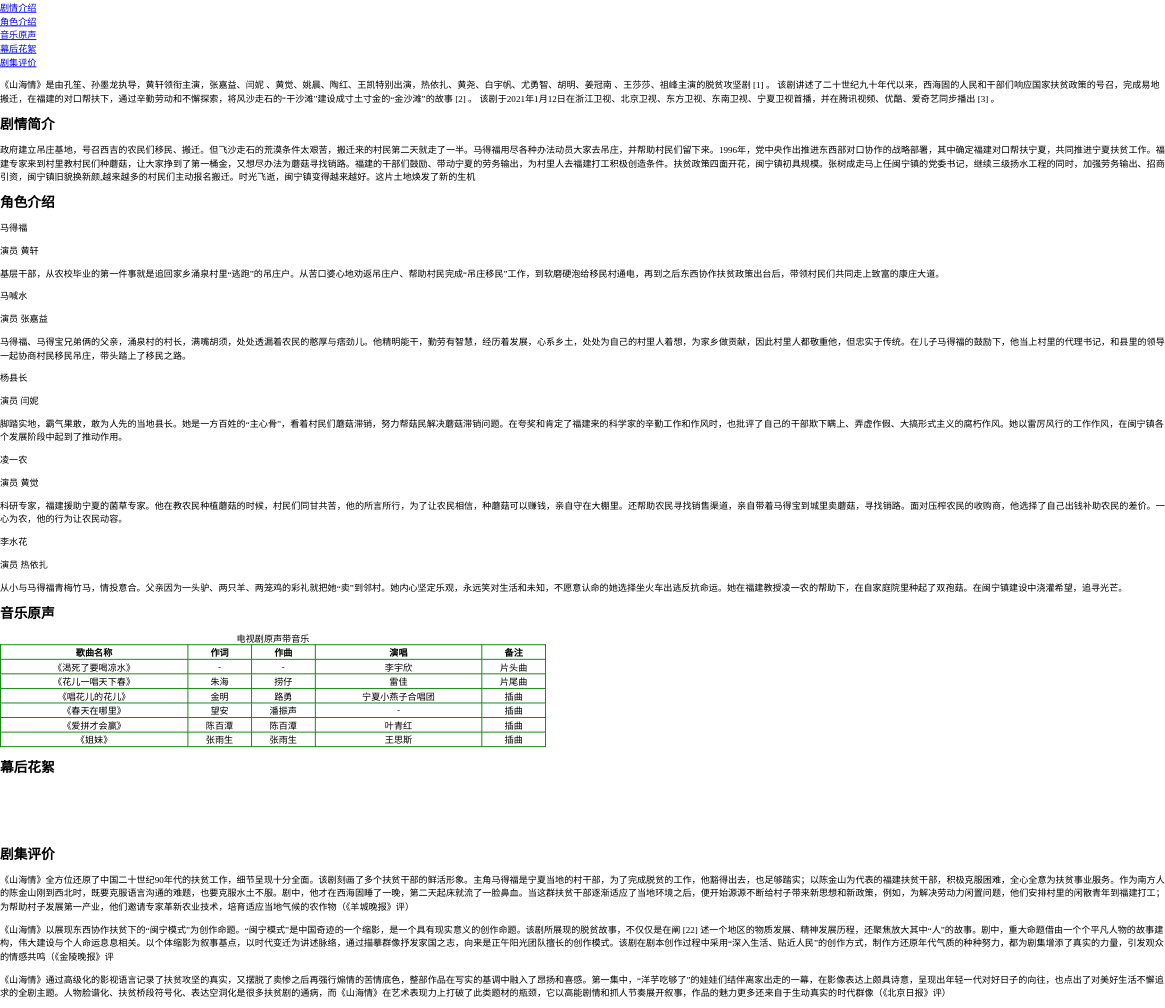
Repository: Lixianlai-2/static-website
Page: index.html
These files come from the project's save history. The page is drawn as it stood at one moment and after the next save; the edit follows.
The browser window is 1280 px wide. The pictures show the whole page, at 91% of full size.

Above is the page before, as saved 2021-11-30 20:41:50.

### index.html
<!DOCTYPE html>
<html lang="zh-CN">
  <head>
    <meta charset="UTF-8" />
    <meta http-equiv="X-UA-Compatible" content="IE=edge" />
    <meta
      name="viewport"
      content="width=device-width, initial-scale=1.0"
      content="ie=edge"
    />
    <title>山海情</title>

    <style>
      * {
        margin: 0;
        padding: 0;
        box-sizing: border-box;
      }

      body {
        font-size: 10px;
      }
      h2,
      div,
      p {
        margin: 10px 0;
      }

      img {
        max-width: 100%;
      }

      table {
        text-align: center;
        max-width: 100%;
        width: 600px;
        table-layout: auto;
        border-collapse: collapse;
        border-spacing: 0;
      }

      th,
      td {
        border: 1px solid green;
      }
    </style>
  </head>
  <body>
    <nav>
      <ol>
        <li><a href="#Plot">剧情介绍</a></li>
        <li><a href="#Role">角色介绍</a></li>
        <li><a href="#Music">音乐原声</a></li>
        <li><a href="#Tidbits">幕后花絮</a></li>
        <li><a href="#Evaluation">剧集评价</a></li>
      </ol>
    </nav>

    <p>
      《山海情》是由孔笙、孙墨龙执导，黄轩领衔主演，张嘉益、闫妮
      、黄觉、姚晨、陶红、王凯特别出演，热依扎、黄尧、白宇帆、尤勇智、胡明、姜冠南
      、王莎莎、祖峰主演的脱贫攻坚剧 [1] 。
      该剧讲述了二十世纪九十年代以来，西海固的人民和干部们响应国家扶贫政策的号召，完成易地搬迁，在福建的对口帮扶下，通过辛勤劳动和不懈探索，将风沙走石的“干沙滩”建设成寸土寸金的“金沙滩”的故事
      [2] 。
      该剧于2021年1月12日在浙江卫视、北京卫视、东方卫视、东南卫视、宁夏卫视首播，并在腾讯视频、优酷、爱奇艺同步播出
      [3] 。
    </p>

    <h2 id="Plot">剧情简介</h2>
    <p>
      政府建立吊庄基地，号召西吉的农民们移民、搬迁。但飞沙走石的荒漠条件太艰苦，搬迁来的村民第二天就走了一半。马得福用尽各种办法动员大家去吊庄，并帮助村民们留下来。1996年，党中央作出推进东西部对口协作的战略部署，其中确定福建对口帮扶宁夏，共同推进宁夏扶贫工作。福建专家来到村里教村民们种蘑菇，让大家挣到了第一桶金，又想尽办法为蘑菇寻找销路。福建的干部们鼓励、带动宁夏的劳务输出，为村里人去福建打工积极创造条件。扶贫政策四面开花，闽宁镇初具规模。张树成走马上任闽宁镇的党委书记，继续三级扬水工程的同时，加强劳务输出、招商引资，闽宁镇旧貌换新颜,越来越多的村民们主动报名搬迁。时光飞逝，闽宁镇变得越来越好。这片土地焕发了新的生机
    </p>

    <h2 id="Role">角色介绍</h2>

    <ul>
      <li>
        <dl>
          <dt>
            <!-- div.role-name>span.item-value+div.role-actor>span.item-key+span.item-value -->
            <div class="role-name">
              <span class="item-value">马得福</span>
              <div class="role-actor">
                <span class="item-key">演员</span>
                <span class="item-value">黄轩</span>
              </div>
            </div>
          </dt>
          <dl>
            <p>
              基层干部，从农校毕业的第一件事就是追回家乡涌泉村里“逃跑”的吊庄户。从苦口婆心地劝返吊庄户、帮助村民完成“吊庄移民”工作，到软磨硬泡给移民村通电，再到之后东西协作扶贫政策出台后，带领村民们共同走上致富的康庄大道。
            </p>
          </dl>
        </dl>
      </li>
      <li>
        <dl>
          <dt>
            <div class="role-name">
              <span class="item-value">马喊水</span>
              <div class="role-actor">
                <span class="item-key">演员</span
                ><span class="item-value"> 张嘉益</span>
                <dl>
                  <p>
                    马得福、马得宝兄弟俩的父亲，涌泉村的村长，满嘴胡须，处处透漏着农民的憨厚与痞劲儿。他精明能干，勤劳有智慧，经历着发展，心系乡土，处处为自己的村里人着想，为家乡做贡献，因此村里人都敬重他，但忠实于传统。在儿子马得福的鼓励下，他当上村里的代理书记，和县里的领导一起协商村民移民吊庄，带头踏上了移民之路。
                  </p>
                </dl>
              </div>
            </div>
          </dt>
        </dl>
      </li>
      <li>
        <dl>
          <dt>
            <div class="role-name">
              <span class="item-value">杨县长</span>
              <div class="role-actor">
                <span class="item-key">演员</span>
                <span class="item-value">闫妮</span>
                <dl>
                  <p>
                    脚踏实地，霸气果敢，敢为人先的当地县长。她是一方百姓的“主心骨”，看着村民们蘑菇滞销，努力帮菇民解决蘑菇滞销问题。在夸奖和肯定了福建来的科学家的辛勤工作和作风时，也批评了自己的干部欺下瞒上、弄虚作假、大搞形式主义的腐朽作风。她以雷厉风行的工作作风，在闽宁镇各个发展阶段中起到了推动作用。
                  </p>
                </dl>
              </div>
            </div>
          </dt>
        </dl>
      </li>
      <li>
        <dl>
          <dt>
            <div class="role-name">
              <span class="item-value">凌一农</span>
              <div class="role-actor">
                <span class="item-key">演员</span>
                <span class="item-value">黄觉</span>
                <dl>
                  <p>
                    科研专家，福建援助宁夏的菌草专家。他在教农民种植蘑菇的时候，村民们同甘共苦，他的所言所行，为了让农民相信，种蘑菇可以赚钱，亲自守在大棚里。还帮助农民寻找销售渠道，亲自带着马得宝到城里卖蘑菇，寻找销路。面对压榨农民的收购商，他选择了自己出钱补助农民的差价。一心为农，他的行为让农民动容。
                  </p>
                </dl>
              </div>
            </div>
          </dt>
        </dl>
      </li>
      <li>
        <dl>
          <dt>
            <div class="role-name">
              <span class="item-value">李水花</span>
              <div class="role-actor">
                <span class="item-key">演员</span>
                <span class="item-value">热依扎</span>
                <dl>
                  <p>
                    从小与马得福青梅竹马，情投意合。父亲因为一头驴、两只羊、两笼鸡的彩礼就把她“卖”到邻村。她内心坚定乐观，永远笑对生活和未知，不愿意认命的她选择坐火车出逃反抗命运。她在福建教授凌一农的帮助下，在自家庭院里种起了双孢菇。在闽宁镇建设中浇灌希望，追寻光芒。
                  </p>
                </dl>
              </div>
            </div>
          </dt>
        </dl>
      </li>
    </ul>

    <!-- ul>(li>dl>dt>div.role-name>span.item-value+div.role-actor>span.item-key+span.item-value+dl)*5 -->
    <!-- div.role-name>span.item-value+div.role-actor>span.item-key+span.item-value -->

    <h2 id="Music">音乐原声</h2>
    <table>
      <caption>
        电视剧原声带音乐
      </caption>
      <thead>
        <tr>
          <th>歌曲名称</th>
          <th>作词</th>
          <th>作曲</th>
          <th>演唱</th>
          <th>备注</th>
        </tr>
      </thead>
      <tbody>
        <tr>
          <td>《渴死了要喝凉水》</td>
          <td>-</td>
          <td>-</td>
          <td>李宇欣</td>
          <td>片头曲</td>
        </tr>
        <tr>
          <td>《花儿一唱天下春》</td>
          <td>朱海</td>
          <td>捞仔</td>
          <td>雷佳</td>
          <td>片尾曲</td>
        </tr>
        <tr>
          <td>《唱花儿的花儿》</td>
          <td>金明</td>
          <td>路勇</td>
          <td>宁夏小燕子合唱团</td>
          <td>插曲</td>
        </tr>
        <tr>
          <td>《春天在哪里》</td>
          <td>望安</td>
          <td>潘振声</td>
          <td>-</td>
          <td>插曲</td>
        </tr>
        <tr>
          <td>《爱拼才会赢》</td>
          <td>陈百潭</td>
          <td>陈百潭</td>
          <td>叶青红</td>
          <td>插曲</td>
        </tr>
        <tr>
          <td>《姐妹》</td>
          <td>张雨生</td>
          <td>张雨生</td>
          <td>王思斯</td>
          <td>插曲</td>
        </tr>
      </tbody>
      <tfoot></tfoot>
    </table>

    <h2 id="Tidbits">幕后花絮</h2>
    <ul>
      <li></li>
      <li></li>
      <li></li>
      <li></li>
      <li></li>
    </ul>
    <h2 id="Evaluation">剧集评价</h2>
    <div>
      《山海情》全方位还原了中国二十世纪90年代的扶贫工作，细节呈现十分全面。该剧刻画了多个扶贫干部的鲜活形象。主角马得福是宁夏当地的村干部，为了完成脱贫的工作，他豁得出去，也足够踏实；以陈金山为代表的福建扶贫干部，积极克服困难，全心全意为扶贫事业服务。作为南方人的陈金山刚到西北时，既要克服语言沟通的难题，也要克服水土不服。剧中，他才在西海固睡了一晚，第二天起床就流了一脸鼻血。当这群扶贫干部逐渐适应了当地环境之后，便开始源源不断给村子带来新思想和新政策，例如，为解决劳动力闲置问题，他们安排村里的闲散青年到福建打工；为帮助村子发展第一产业，他们邀请专家革新农业技术，培育适应当地气候的农作物（《羊城晚报》评）
    </div>
    <div>
      《山海情》以展现东西协作扶贫下的“闽宁模式”为创作命题。“闽宁模式”是中国奇迹的一个缩影，是一个具有现实意义的创作命题。该剧所展现的脱贫故事，不仅仅是在阐
      [22]
      述一个地区的物质发展、精神发展历程，还聚焦放大其中“人”的故事。剧中，重大命题借由一个个平凡人物的故事建构，伟大建设与个人命运息息相关。以个体缩影为叙事基点，以时代变迁为讲述脉络，通过描摹群像抒发家国之志，向来是正午阳光团队擅长的创作模式。该剧在剧本创作过程中采用“深入生活、贴近人民”的创作方式，制作方还原年代气质的种种努力，都为剧集增添了真实的力量，引发观众的情感共鸣（《金陵晚报》评
    </div>
    <div>
      《山海情》通过高级化的影视语言记录了扶贫攻坚的真实，又摆脱了卖惨之后再强行煽情的苦情底色，整部作品在写实的基调中融入了昂扬和喜感。第一集中，“洋芋吃够了”的娃娃们结伴离家出走的一幕，在影像表达上颇具诗意，呈现出年轻一代对好日子的向往，也点出了对美好生活不懈追求的全剧主题。人物脸谱化、扶贫桥段符号化、表达空洞化是很多扶贫剧的通病，而《山海情》在艺术表现力上打破了此类题材的瓶颈，它以高能剧情和抓人节奏展开叙事，作品的魅力更多还来自于生动真实的时代群像（《北京日报》评）
    </div>
  </body>
</html>

After the next save:
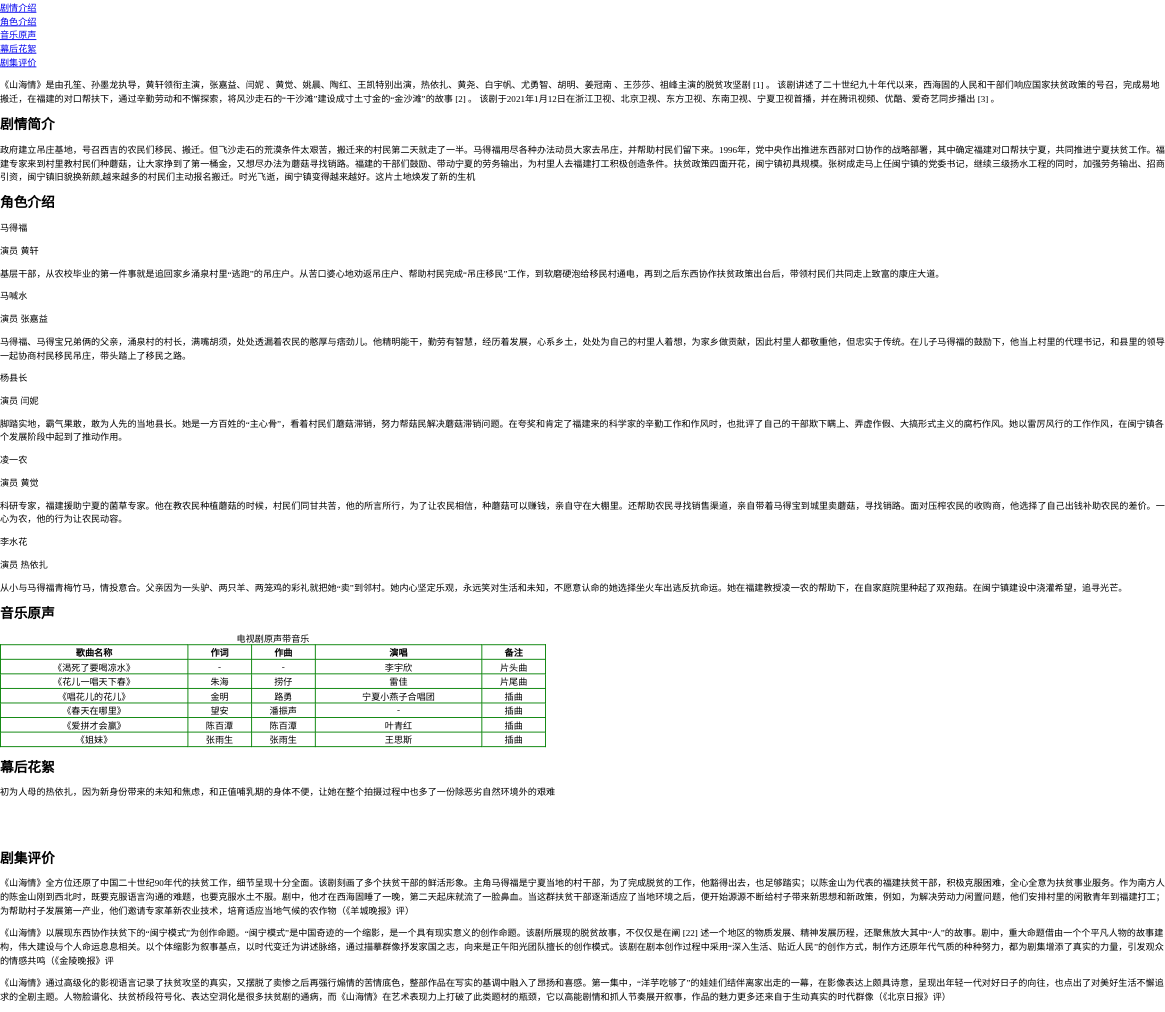
Saved 13 s later.
--- a/index.html
+++ b/index.html
@@ -233,7 +233,9 @@
 
     <h2 id="Tidbits">幕后花絮</h2>
     <ul>
-      <li></li>
+      <li>
+        初为人母的热依扎，因为新身份带来的未知和焦虑，和正值哺乳期的身体不便，让她在整个拍摄过程中也多了一份除恶劣自然环境外的艰难
+      </li>
       <li></li>
       <li></li>
       <li></li>
